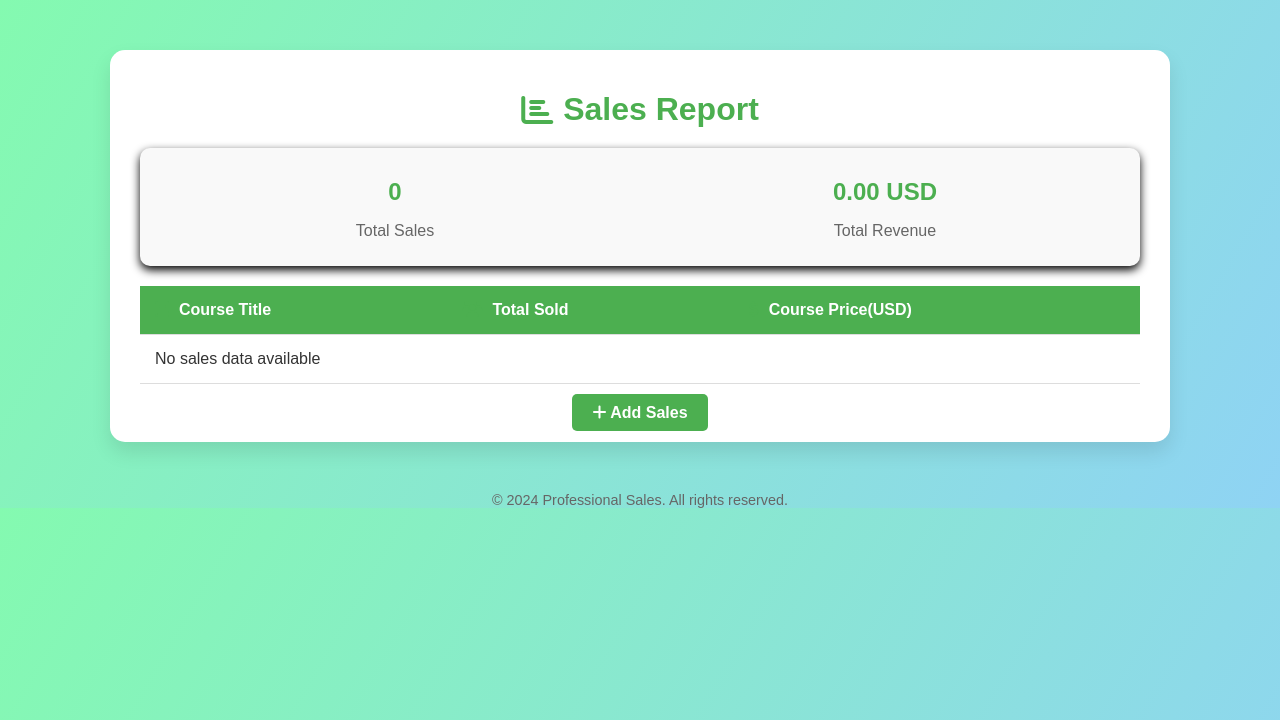
Repository: Syed1818/project
Page: http://localhost/sales_report.php
The author's editor kept a copy of each file at every save. The page is drawn from the files as they stood at one save, then again after the next save.
The browser window is 1280 px wide. The pictures show the whole page.
The page is run by PHP 8.4 with error messages shown; the project is at /var/www/html/. Queries for data that is not in the repository find no rows.

Above is the page before, as saved 2024-12-07 15:22:34.

After the next save:
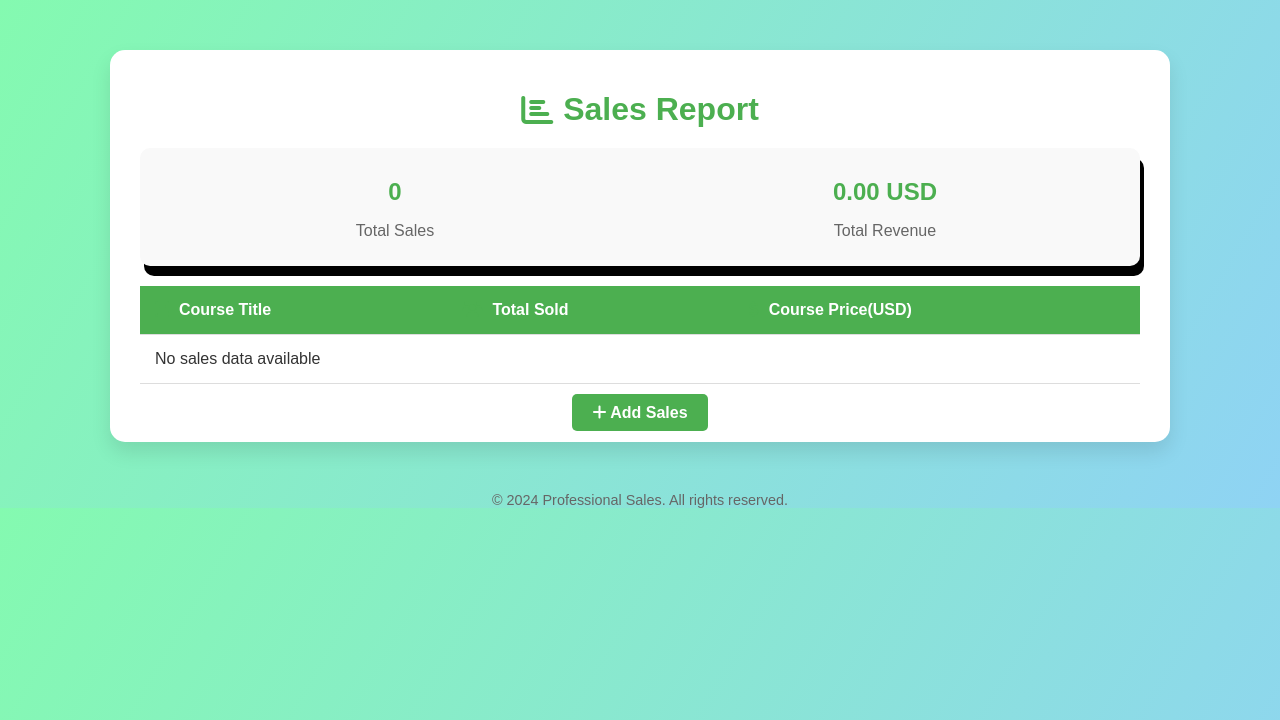
Saved 30 s later.
--- a/sales_report.php
+++ b/sales_report.php
@@ -68,7 +68,7 @@
             padding: 10px;
             background-color: #f9f9f9;
             border-radius: 10px;
-            box-shadow: 0 4px 10px black;
+            box-shadow: 4px 10px black;
         }
         .stat-card {
             text-align: center;

After the save that followed:
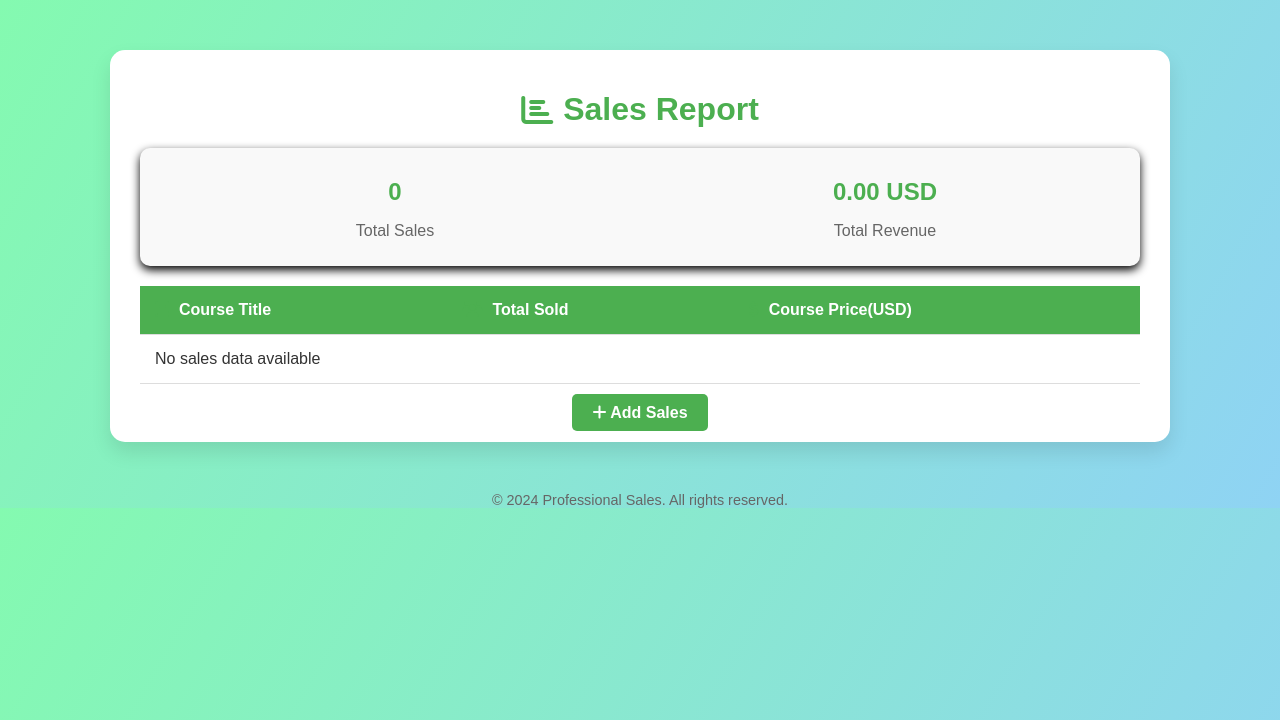
Saved 6 s later.
--- a/sales_report.php
+++ b/sales_report.php
@@ -68,7 +68,7 @@
             padding: 10px;
             background-color: #f9f9f9;
             border-radius: 10px;
-            box-shadow: 4px 10px black;
+            box-shadow: 0 4px 10px black;
         }
         .stat-card {
             text-align: center;
